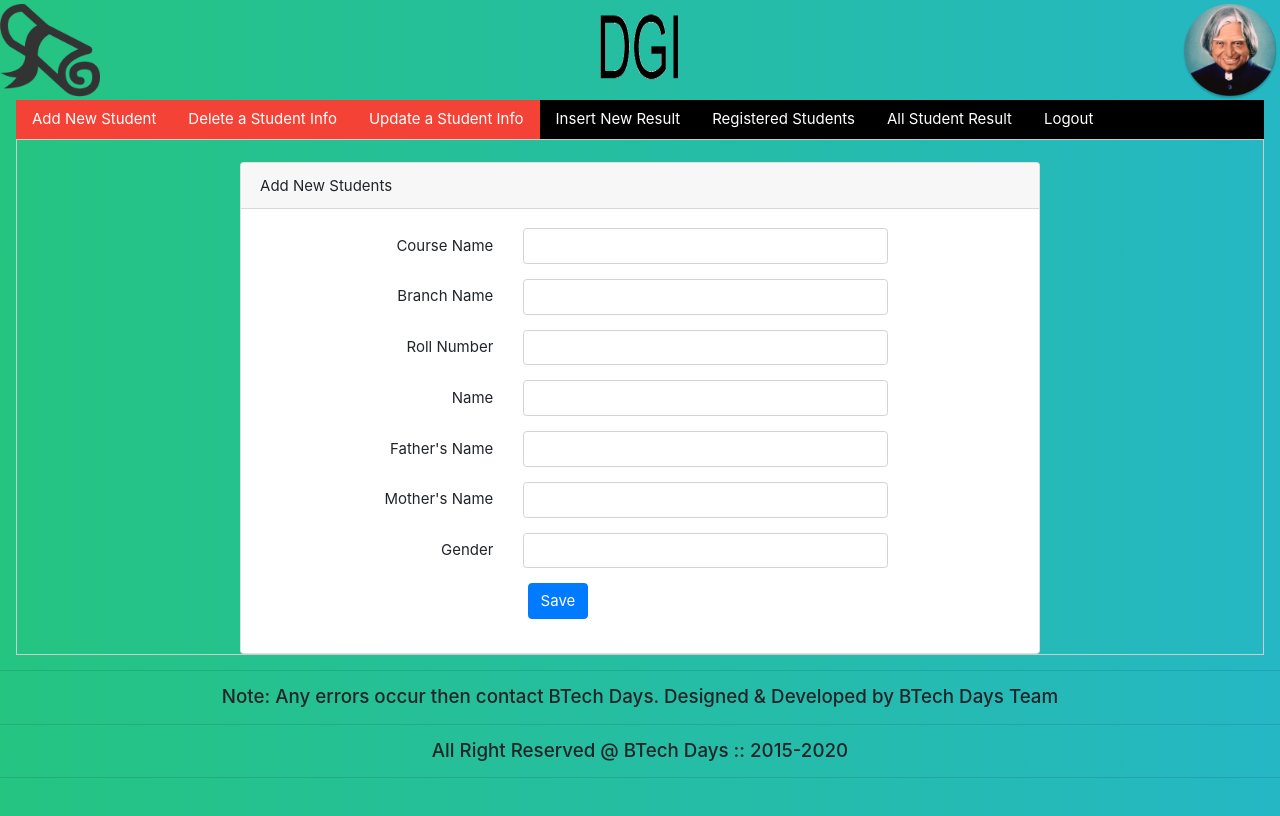
Repository: AlkaDas991/Dbms
Page: http://localhost/Student_Record_Management/adminHome.jsp
The author's editor kept a copy of each file at every save. The page is drawn from the files as they stood at one save, then again after the next save.
The browser window is 1280 px wide. The pictures show the whole page.
Some web fonts or font styles are not loaded; a fallback is used. Some web libraries are served in a nearby version. The page is served by Tomcat 9. Other server files are loaded and not shown. Queries for data that is not in the repository find no rows.

Above is the page before, as saved 2021-03-10 01:37:44.
Console error: TypeError: Cannot read properties of undefined (reading 'fn')

### Student Record Management/WebContent/adminHome.jsp
<%@include file="header.html"%>
<!DOCTYPE html>
<html>
<title>DGI</title>
<body>
<img src="logo.png"  align="left"width="100" height="100">
<center><img src="dgi.png" width="100" height="100">
<img src="apj sir.png" align="right"  width="100" height="100"></center>
<div class="w3-container">
  <div class="w3-bar w3-black">
    <button class="w3-bar-item w3-button tablink w3-red" onclick="openCity(event,'London')">Add New Student</button>
    <button class="w3-bar-item w3-button tablink w3-red" onclick="openCity(event,'London')">Delete a Student Info</button>
    <button class="w3-bar-item w3-button tablink w3-red" onclick="openCity(event,'London')">Update a Student Info</button>
    <button class="w3-bar-item w3-button tablink" onclick="openCity(event,'Paris')">Insert New Result</button>
    <button class="w3-bar-item w3-button tablink" onclick="openCity(event,'Tokyo')">Registered Students</button>
     <button class="w3-bar-item w3-button tablink" onclick="openCity(event,'Tokyo1')">All Student Result</button>
     <a href="adminLogin.html" class="w3-bar-item w3-button tablink">Logout</a>
  </div>

  <div id="London" class="w3-container w3-border city">
  <br>
   <link href="//maxcdn.bootstrapcdn.com/bootstrap/4.1.1/css/bootstrap.min.css" rel="stylesheet" id="bootstrap-css">
<script src="//maxcdn.bootstrapcdn.com/bootstrap/4.1.1/js/bootstrap.min.js"></script>
<script src="//cdnjs.cloudflare.com/ajax/libs/jquery/3.2.1/jquery.min.js"></script>
<!------ Include the above in your HEAD tag ---------->

<!doctype html>
<html lang="en">
<head>
    <!-- Required meta tags -->
    <meta charset="utf-8">
    <meta name="viewport" content="width=device-width, initial-scale=1, shrink-to-fit=no">

    <!-- Fonts -->
    <link rel="dns-prefetch" href="https://fonts.gstatic.com">
    <link href="https://fonts.googleapis.com/css?family=Raleway:300,400,600" rel="stylesheet" type="text/css">



    <link rel="icon" href="Favicon.png">

    <!-- Bootstrap CSS -->
    <link rel="stylesheet" href="https://stackpath.bootstrapcdn.com/bootstrap/4.1.3/css/bootstrap.min.css">
</head>
<body>
<main class="my-form">
    <div class="cotainer">
        <div class="row justify-content-center">
            <div class="col-md-8">
                    <div class="card">
                        <div class="card-header">Add New Students</div>
                        <div class="card-body">
                            <form name="my-form" onsubmit="return validform()" action="addNewStudent.jsp" method="post">
                                <div class="form-group row">
                                    <label for="full_name" class="col-md-4 col-form-label text-md-right">Course Name</label>
                                    <div class="col-md-6">
                                        <input type="text"  class="form-control" name="course">
                                    </div>
                                </div>

                                <div class="form-group row">
                                    <label for="email_address" class="col-md-4 col-form-label text-md-right">Branch Name</label>
                                    <div class="col-md-6">
                                        <input type="text"  class="form-control" name="branch">
                                    </div>
                                </div>

                                <div class="form-group row">
                                    <label for="user_name" class="col-md-4 col-form-label text-md-right">Roll Number</label>
                                    <div class="col-md-6">
                                        <input type="text" class="form-control" name="rollNo">
                                    </div>
                                </div>

                                <div class="form-group row">
                                    <label for="phone_number" class="col-md-4 col-form-label text-md-right">Name</label>
                                    <div class="col-md-6">
                                        <input type="text"  class="form-control" name="name">
                                    </div>
                                </div>

                                <div class="form-group row">
                                    <label for="present_address" class="col-md-4 col-form-label text-md-right">Father's Name</label>
                                    <div class="col-md-6">
                                        <input type="text"  class="form-control" name="fatherName">
                                    </div>
                                </div>

                                <div class="form-group row">
                                    <label for="present_address" class="col-md-4 col-form-label text-md-right">Mother's Name</label>
                                    <div class="col-md-6">
                                        <input type="text"  class="form-control" name="motherName">
                                    </div>
                                </div>

                                <div class="form-group row">
                                    <label for="permanent_address" class="col-md-4 col-form-label text-md-right">Gender</label>
                                    <div class="col-md-6">
                                        <input type="text" class="form-control" name="gender">
                                    </div>
                                </div>

                                    <div class="col-md-6 offset-md-4">
                                        <button type="submit" class="btn btn-primary">
                                        Save
                                        </button>
                                    </div>
                                </div>
                            </form>
                        </div>
                    </div>
            </div>
        </div>
    </div>
</main>

<script src="https://code.jquery.com/jquery-3.3.1.slim.min.js"></script>
<script src="https://cdnjs.cloudflare.com/ajax/libs/popper.js/1.14.3/umd/popper.min.js"></script>
<script src="https://stackpath.bootstrapcdn.com/bootstrap/4.1.3/js/bootstrap.min.js"></script>
</body>
  </div>

  <div id="Paris" class="w3-container w3-border city" style="display:none">
  <br>
  <link href="//maxcdn.bootstrapcdn.com/bootstrap/4.1.1/css/bootstrap.min.css" rel="stylesheet" id="bootstrap-css">
<script src="//maxcdn.bootstrapcdn.com/bootstrap/4.1.1/js/bootstrap.min.js"></script>
<script src="//cdnjs.cloudflare.com/ajax/libs/jquery/3.2.1/jquery.min.js"></script>
<!------ Include the above in your HEAD tag ---------->

<!doctype html>
<html lang="en">
<head>
    <!-- Required meta tags -->
    <meta charset="utf-8">
    <meta name="viewport" content="width=device-width, initial-scale=1, shrink-to-fit=no">

    <!-- Fonts -->
    <link rel="dns-prefetch" href="https://fonts.gstatic.com">
    <link href="https://fonts.googleapis.com/css?family=Raleway:300,400,600" rel="stylesheet" type="text/css">



    <link rel="icon" href="Favicon.png">

    <!-- Bootstrap CSS -->
    <link rel="stylesheet" href="https://stackpath.bootstrapcdn.com/bootstrap/4.1.3/css/bootstrap.min.css">

</head>
<body>

</main>


<main class="my-form">
    <div class="cotainer">
        <div class="row justify-content-center">
            <div class="col-md-8">
                    <div class="card">
                        <div class="card-header">Insert New Result</div>
                        <div class="card-body">
                            <form name="my-form" onsubmit="return validform()" action="insertNewResult.jsp" method="">
                                <div class="form-group row">
                                    <label for="full_name" class="col-md-4 col-form-label text-md-right">Roll Number</label>
                                    <div class="col-md-6">
                                        <input type="text"class="form-control" name="rollNo">
                                    </div>
                                </div>

                                <div class="form-group row">
                                    <label for="email_address" class="col-md-4 col-form-label text-md-right">DAA</label>
                                    <div class="col-md-6">
                                        <input type="text"  class="form-control" name="DAA">
                                    </div>
                                </div>

                                <div class="form-group row">
                                    <label for="user_name" class="col-md-4 col-form-label text-md-right">DBMS</label>
                                    <div class="col-md-6">
                                        <input type="text"  class="form-control" name="DBMS">
                                    </div>
                                </div>

                                <div class="form-group row">
                                    <label for="phone_number" class="col-md-4 col-form-label text-md-right">COA</label>
                                    <div class="col-md-6">
                                        <input type="text"  class="form-control" name="COA">
                                    </div>
                                </div>

                                <div class="form-group row">
                                    <label for="present_address" class="col-md-4 col-form-label text-md-right">Discrete Maths</label>
                                    <div class="col-md-6">
                                        <input type="text"  class="form-control" name="DM">
                                    </div>
                                </div>

                                <div class="form-group row">
                                    <label for="permanent_address" class="col-md-4 col-form-label text-md-right">AMC</label>
                                    <div class="col-md-6">
                                        <input type="text"  class="form-control" name="AMC">
                                    </div>
                                </div>

                                 <div class="form-group row">
                                    <label for="permanent_address" class="col-md-4 col-form-label text-md-right">Communication Skills</label>
                                    <div class="col-md-6">
                                        <input type="text"  class="form-control" name="CS">
                                    </div>
                                </div>


                                    <div class="col-md-6 offset-md-4">
                                        <button type="submit" class="btn btn-primary">
                                       Save
                                        </button>
                                    </div>
                                </div>
                            </form>
                        </div>
                    </div>
            </div>
        </div>
        <br>
    </div>

</main>

<script src="https://code.jquery.com/jquery-3.3.1.slim.min.js"></script>
<script src="https://cdnjs.cloudflare.com/ajax/libs/popper.js/1.14.3/umd/popper.min.js"></script>
<script src="https://stackpath.bootstrapcdn.com/bootstrap/4.1.3/js/bootstrap.min.js"></script>
</body>
</html>
  </div>

  <div id="Tokyo" class="w3-container w3-border city" style="display:none">

<section>
  <!--for demo wrap-->
  <div class="tbl-header">
    <table cellpadding="0" cellspacing="0" border="0">
      <thead>
        <tr>
         <th>Course Name</th>
          <th>Branch Name</th>
          <th>Roll Number</th>
          <th>Name</th>
          <th>Father Name</th>
          <th>Gender</th>
        </tr>
      </thead>
    </table>
  </div>
  <div class="tbl-content">
    <table cellpadding="0" cellspacing="0" border="0">
      <tbody>
      	<%@page import = "Project.ConnectionProvider" %>
      	<%@page import = "java.sql.*" %>
      	<%
      		try{
      			Connection con = ConnectionProvider.getCon();
      			Statement st = con.createStatement();
      			ResultSet rs = st.executeQuery("select * from student");
      			while(rs.next()){

      	%>
        <tr>
        <!--get values from each column  -->
          <td><%=rs.getString(1)%></td>
          <td><%=rs.getString(2)%></td>
          <td><%=rs.getString(3)%></td>
          <td><%=rs.getString(4)%></td>
          <td><%=rs.getString(5)%></td>
          <td><%=rs.getString(6)%></td>
        </tr>
      </tbody>
      <%}}
      	catch(Exception e){

      	}
      %>
    </table>
  </div>
</section>
</div>
<div id="Tokyo1" class="w3-container w3-border city" style="display:none">

<section>
  <!--for demo wrap-->
  <div class="tbl-header">
    <table cellpadding="0" cellspacing="0" border="0">
      <thead>
        <tr>
          <th>Roll Number</th>
          <th>DAA</th>
          <th>DBMS</th>
          <th>COA</th>
          <th>DM</th>
          <th>AMC</th>
          <th>CS</th>
        </tr>
      </thead>
    </table>
  </div>
  <div class="tbl-content">
    <table cellpadding="0" cellspacing="0" border="0">
      <tbody>
      <%@page import = "Project.ConnectionProvider" %>
      <%@page import = "java.sql.*" %>
      <%
      	try{
      		Connection con = ConnectionProvider.getCon();
    		Statement st = con.createStatement();
    		ResultSet rs = st.executeQuery("select * from result");
      		while(rs.next()){
      %>
        <tr>
          <td><%=rs.getString(1)%></td>
          <td><%=rs.getString(2)%></td>
          <td><%=rs.getString(3)%></td>
          <td><%=rs.getString(4)%></td>
          <td><%=rs.getString(5)%></td>
          <td><%=rs.getString(6)%></td>
          <td><%=rs.getString(7)%></td>
        </tr>
      <%}}
      catch(Exception e){}
      %>
      </tbody>
    </table>
  </div>
</section>

</div>
    <hr class="new1">
  <center><h5>Note: Any errors occur then contact BTech Days.
Designed & Developed by BTech Days Team</h5></center>
  <hr class="new1">
<center><h5>All Right Reserved @ BTech Days :: 2015-2020</h5></center>
  <hr class="new1">
<br>
</body>
</html>

### Student Record Management/src/Project/ConnectionProvider.java
package Project;
import java.sql.*;
public class ConnectionProvider {
	public static Connection getCon() {
		try {
			Class.forName("oracle.jdbc.driver.OracleDriver");
			Connection con = DriverManager.getConnection("jdbc:oracle:thin:@localhost:1521:XE","system","manager");
			return con;
		}
		catch(Exception e){
			System.out.println(e);
			return null;
		}
	}
}

Loaded but not shown: Student Record Management/WebContent/header.html (355 lines, source omitted)

After the next save:
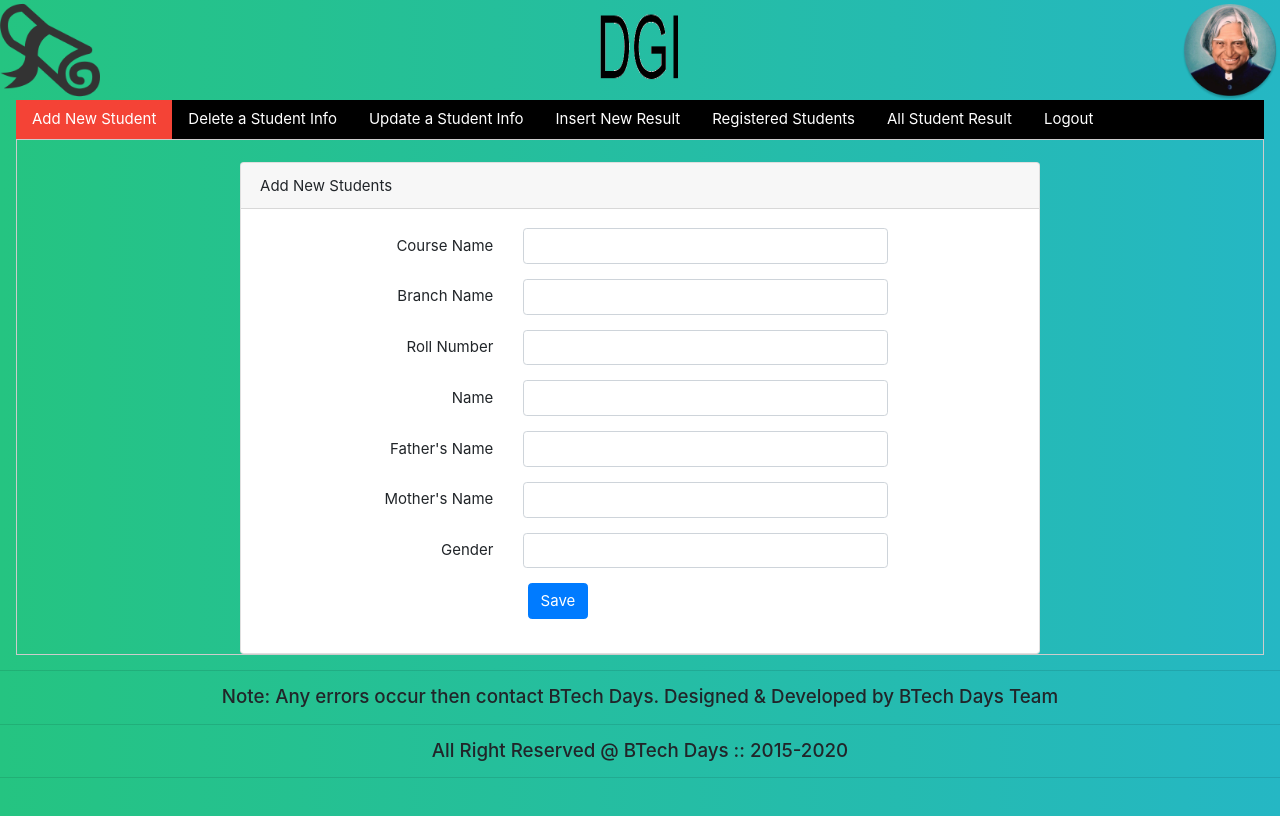
Saved 71 s later.
--- a/Student Record Management/WebContent/adminHome.jsp
+++ b/Student Record Management/WebContent/adminHome.jsp
@@ -9,8 +9,8 @@
 <div class="w3-container">
   <div class="w3-bar w3-black">
     <button class="w3-bar-item w3-button tablink w3-red" onclick="openCity(event,'London')">Add New Student</button>
-    <button class="w3-bar-item w3-button tablink w3-red" onclick="openCity(event,'London')">Delete a Student Info</button>
-    <button class="w3-bar-item w3-button tablink w3-red" onclick="openCity(event,'London')">Update a Student Info</button>
+    <button class="w3-bar-item w3-button tablink" onclick="openCity(event,'London')">Delete a Student Info</button>
+    <button class="w3-bar-item w3-button tablink" onclick="openCity(event,'London')">Update a Student Info</button>
     <button class="w3-bar-item w3-button tablink" onclick="openCity(event,'Paris')">Insert New Result</button>
     <button class="w3-bar-item w3-button tablink" onclick="openCity(event,'Tokyo')">Registered Students</button>
      <button class="w3-bar-item w3-button tablink" onclick="openCity(event,'Tokyo1')">All Student Result</button>
